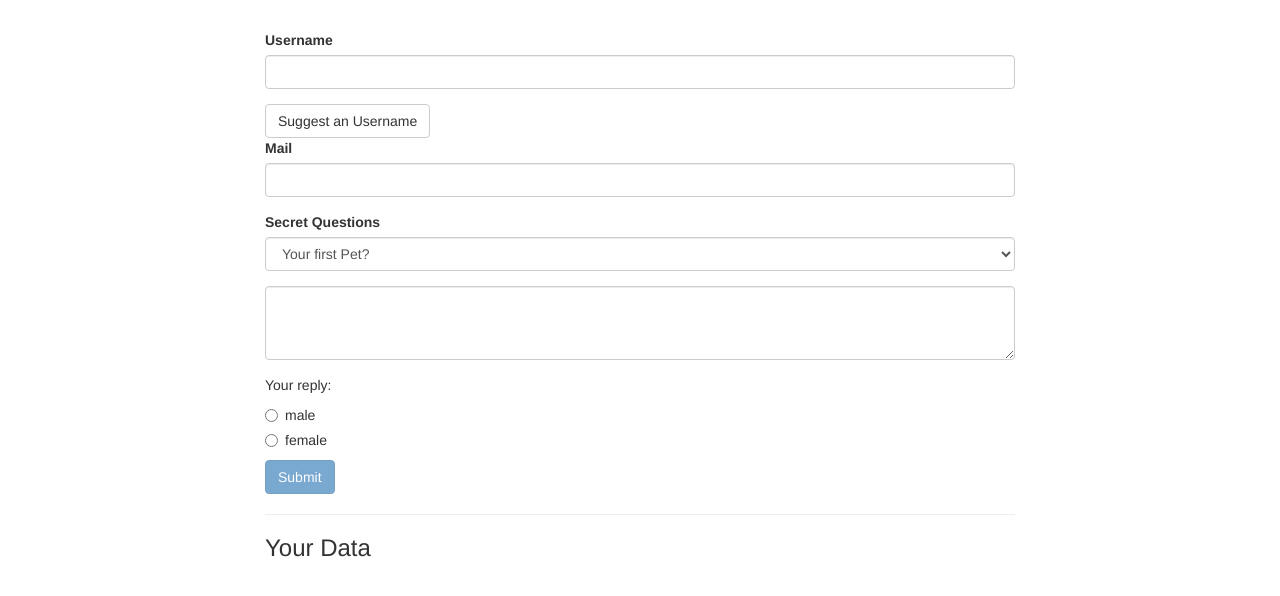
Repository: NikitasX/AngularCourse
Page: / (app in forms-start/)
The author's editor kept a copy of each file at every save. The page is drawn from the files as they stood at one save, then again after a run of saves.
The browser window is 1280 px wide. The pictures show the whole page.
The project was rebuilt for these pictures with package versions that can differ from the ones it lists, and the page was loaded fresh each time. Also part of the build but not shown: forms-start/angular.json.

Above is the page before, as saved 2020-09-25 16:10:22.

### forms-start/src/app/app.component.ts
import { Component, ViewChild } from '@angular/core';
import { NgForm } from '@angular/forms';

@Component({
  selector: 'app-root',
  templateUrl: './app.component.html',
  styleUrls: ['./app.component.css']
})
export class AppComponent {
  @ViewChild('f') signupForm:NgForm;
  defaultQuestion = 'pet';
  answer = '';
  genders = ['male', 'female'];

  suggestUserName() {
    const suggestedName = 'Superuser';
    // this.signupForm.setValue({
    //   userData: {
    //     username: suggestedName,
    //     email: ''
    //   },
    //   secret: 'pet',
    //   questionAnswer: '',
    //   gender: 'male'
    // });

    this.signupForm.form.patchValue({
      userData: {
        username: suggestedName
      }
    });
  }

  // onSubmit(form: NgForm) {
  //   console.log(form);
  // }

  onSubmit() {
    console.log(this.signupForm);
  }
}

### forms-start/src/app/app.component.html
<div class="container">
  <div class="row">
    <div class="col-xs-12 col-sm-10 col-md-8 col-sm-offset-1 col-md-offset-2">
      <form (ngSubmit)="onSubmit()" #f="ngForm">
        <div
          id="user-data"
          ngModelGroup="userData"
          #userData="ngModelGroup">
          <div class="form-group">
            <label for="username">Username</label>
            <input
              type="text"
              id="username"
              class="form-control"
              ngModel
              name="username"
              required>
          </div>
          <button
            class="btn btn-default"
            type="button"
            (click)="suggestUserName()">Suggest an Username</button>
          <div class="form-group">
            <label for="email">Mail</label>
            <input
              type="email"
              id="email"
              class="form-control"
              ngModel
              name="email"
              required
              email
              #email="ngModel">
             <span
              class="help-block"
              *ngIf="!email.valid && email.touched">
                Please enter a valid email!
              </span>
          </div>
        </div>
        <p *ngIf="!userData.valid && userData.touched">User data is invalid</p>
        <div class="form-group">
          <label for="secret">Secret Questions</label>
          <select
            id="secret"
            class="form-control"
            [ngModel]="defaultQuestion"
            name="secret">
            <option value="pet">Your first Pet?</option>
            <option value="teacher">Your first teacher?</option>
          </select>
        </div>
        <div class="form-group">
          <textarea
          class="form-control"
          name="questionAnswer"
          rows="3"
          [(ngModel)]="answer"></textarea>
        </div>
        <p>Your reply: {{ answer }}</p>

        <div class="radio" *ngFor="let gender of genders">
          <label>
            <input
            type="radio"
            name="gender"
            ngModel
            [value]="gender"
            required>
            {{ gender }}
          </label>
        </div>
        <button
          class="btn btn-primary"
          type="submit"
          [disabled]="!f.valid">Submit</button>
      </form>
      <hr>
      <h3>Your Data</h3>
    </div>
  </div>
  <div class="row">
    <div class="col-xs-12"></div>
  </div>
</div>

Loaded but not shown: forms-start/src/index.html (common file); forms-start/src/styles.css (common file); forms-start/src/main.ts (common file); forms-start/src/app/app.module.ts (common file); forms-start/src/environments/environment.ts (common file); forms-start/src/app/app.component.css (common file)

After the next 3 saves:
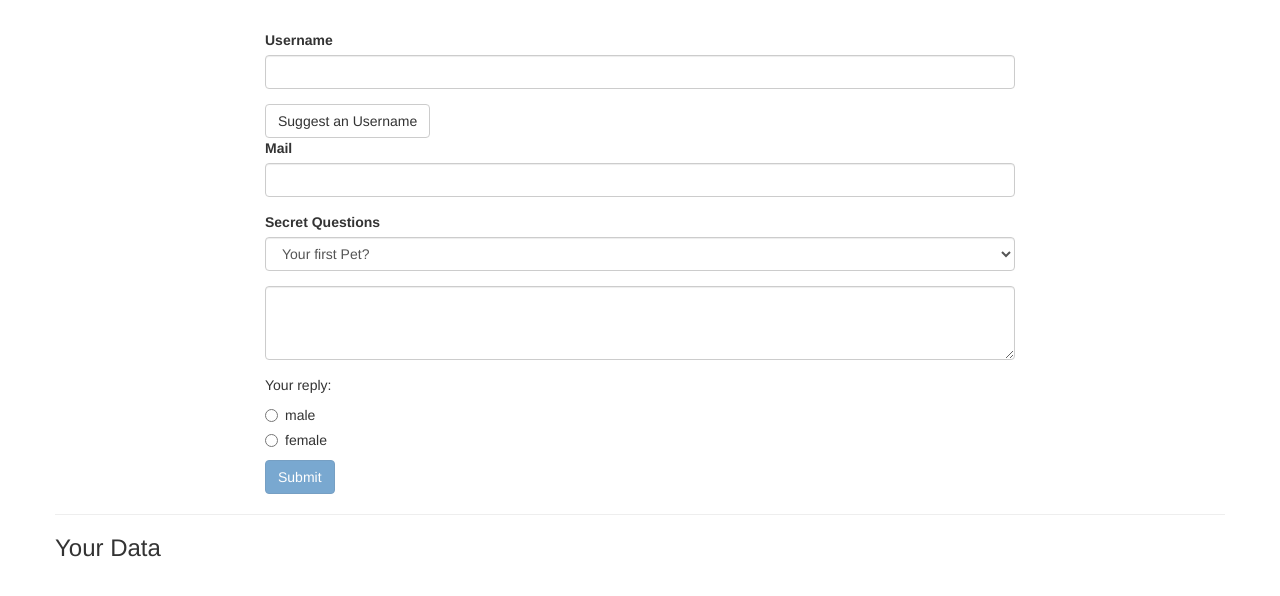
The 3 saves are shown as one change because they came seconds apart.
The last was saved 14 s later.
--- a/forms-start/src/app/app.component.html
+++ b/forms-start/src/app/app.component.html
@@ -75,11 +75,11 @@
           type="submit"
           [disabled]="!f.valid">Submit</button>
       </form>
-      <hr>
-      <h3>Your Data</h3>
     </div>
   </div>
   <div class="row">
+    <hr>
+    <h3>Your Data</h3>
     <div class="col-xs-12"></div>
   </div>
 </div>
